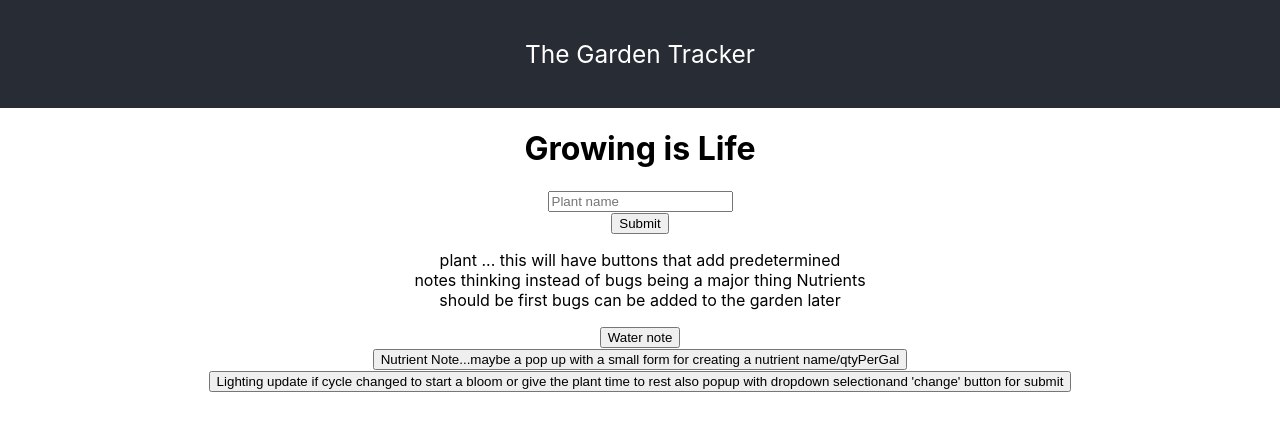
Repository: charliejp0311/gardentracker
Page: /harvest
The author's editor kept a copy of each file at every save. The page is drawn from the files as they stood at one save, then again after the next save.
The browser window is 1280 px wide. The pictures show the whole page.
The project was rebuilt for these pictures with package versions that can differ from the ones it lists, and the page was loaded fresh each time.

Above is the page before, as saved 2020-10-28 08:41:01.

After the next save:
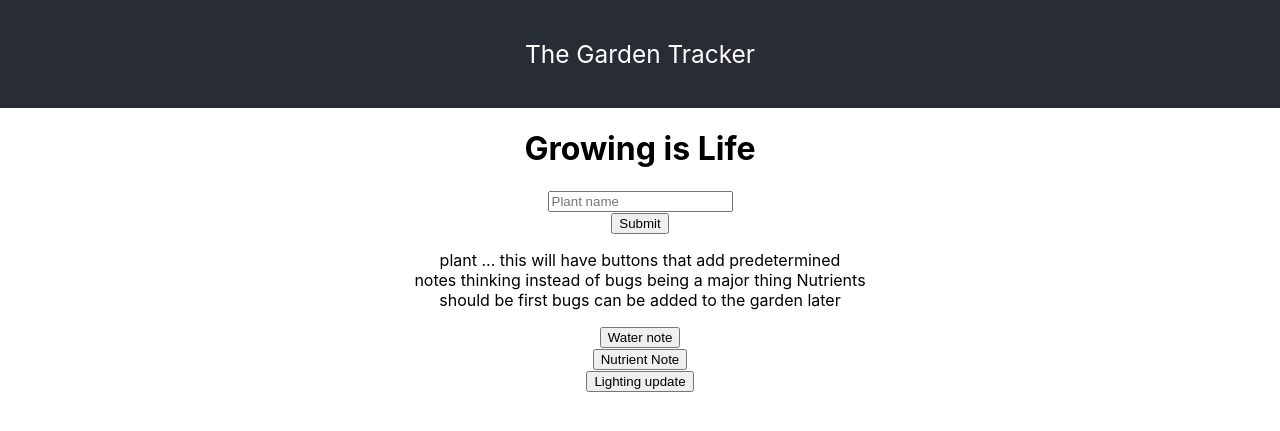
Saved 46 s later.
--- a/src/components/Plant.js
+++ b/src/components/Plant.js
@@ -15,8 +15,8 @@ class Plant extends Component {
                 </p>
                 {/* all buttons need to call add note but with individual types the type will determine the action taken */}
                 <button>Water note</button><br/>
-                <button>Nutrient Note...maybe a pop up with a small form for creating a nutrient name/qtyPerGal</button><br/>
-                <button>Lighting update if cycle changed to start a bloom or give the plant time to rest also popup with dropdown selectionand 'change' button for submit</button><br/>
+                <button>Nutrient Note</button><br/>
+                <button>Lighting update</button><br/>
 
             </div>
         )
